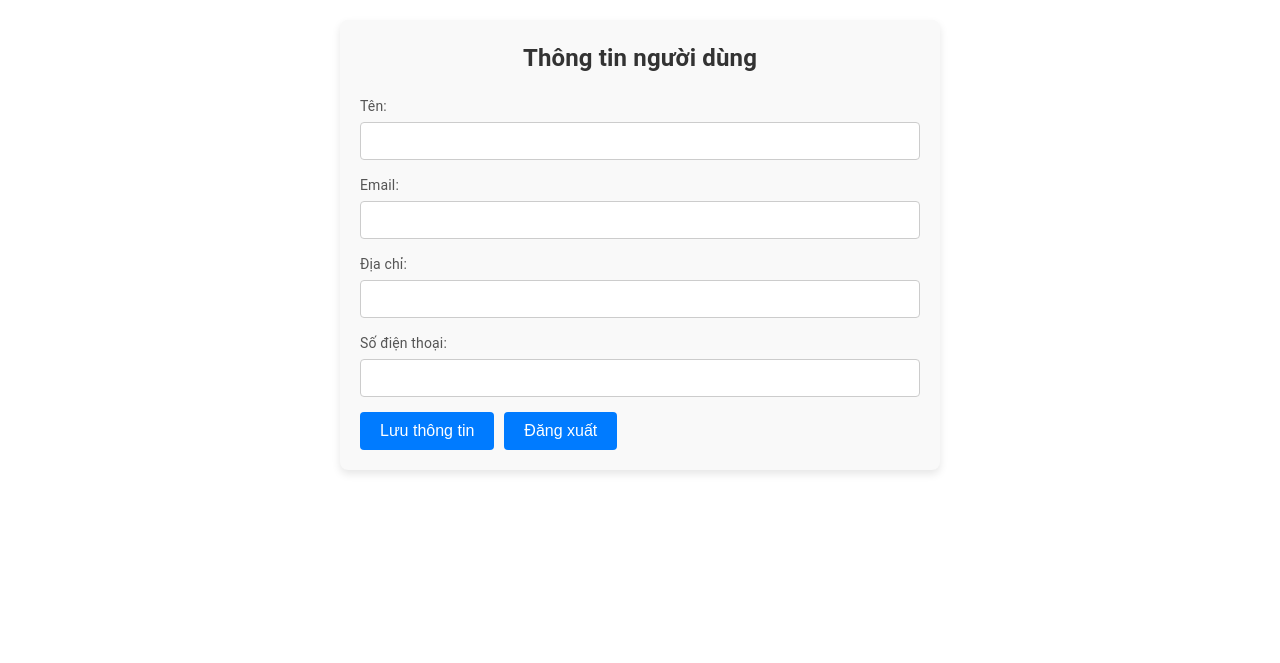
Repository: minhquang203/Homestay
Page: /profile (app in client/)
The author's editor kept a copy of each file at every save. The page is drawn from the files as they stood at one save, then again after the next save.
The browser window is 1280 px wide. The pictures show the whole page.
The project was rebuilt for these pictures with package versions that can differ from the ones it lists, and the page was loaded fresh each time. Also part of the build but not shown: client/src/styles/Footer.scss, client/src/components/Footer.jsx, client/src/styles/ListingCard.scss, client/src/components/ListingCard.jsx, client/src/styles/Loader.scss, client/src/components/Loader.jsx, client/src/styles/Navbar.scss, client/src/styles/variable.scss and 28 more.

Above is the page before, as saved 2025-04-04 20:18:34.

After the next save:
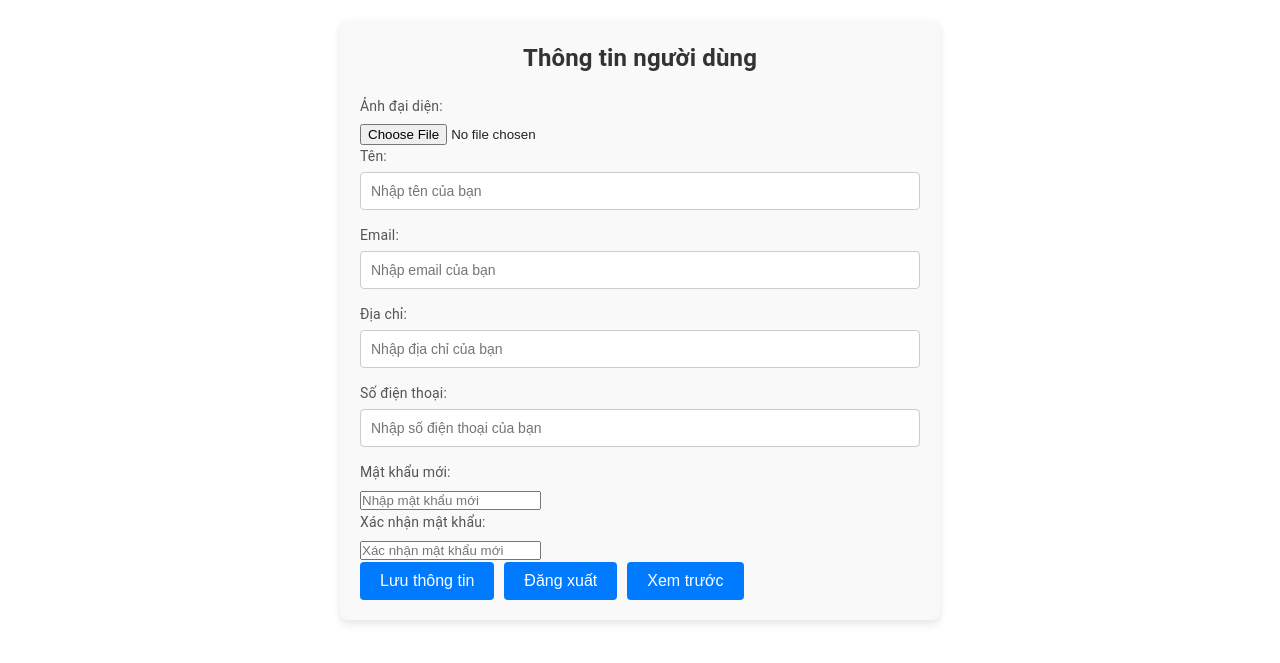
Saved 8 min 15 s later.
--- a/client/src/pages/Profile.jsx
+++ b/client/src/pages/Profile.jsx
@@ -7,25 +7,66 @@
     email: "",
     address: "",
     phone: "",
+    avatar: null, // Thêm trường avatar
+    password: "",
+    confirmPassword: "",
   });
   const [updateMessage, setUpdateMessage] = useState("");
+  const [errors, setErrors] = useState({});
+  const [previewMode, setPreviewMode] = useState(false);
 
   const handleChange = (e) => {
     const { name, value } = e.target;
     setEditedUser((prev) => ({ ...prev, [name]: value }));
   };
 
+  const handleAvatarChange = (e) => {
+    const file = e.target.files[0];
+    if (file) {
+      setEditedUser((prev) => ({ ...prev, avatar: URL.createObjectURL(file) }));
+    }
+  };
+
+  const validateInputs = () => {
+    const newErrors = {};
+    if (!editedUser.name) newErrors.name = "Tên không được để trống.";
+    if (!editedUser.email) newErrors.email = "Email không được để trống.";
+    else if (!/\S+@\S+\.\S+/.test(editedUser.email))
+      newErrors.email = "Email không hợp lệ.";
+    if (!editedUser.phone) newErrors.phone = "Số điện thoại không được để trống.";
+    else if (!/^\d+$/.test(editedUser.phone))
+      newErrors.phone = "Số điện thoại chỉ được chứa số.";
+    if (editedUser.password && editedUser.password !== editedUser.confirmPassword)
+      newErrors.confirmPassword = "Mật khẩu xác nhận không khớp.";
+    return newErrors;
+  };
+
   const handleSave = () => {
-    console.log("Updated User:", editedUser);
-    setUpdateMessage("Cập nhật thành công!");
+    const validationErrors = validateInputs();
+    if (Object.keys(validationErrors).length > 0) {
+      setErrors(validationErrors);
+      return;
+    }
 
-    setTimeout(() => {
-      setUpdateMessage("");
-    }, 3000);
+    setErrors({});
+    if (window.confirm("Bạn có chắc chắn muốn lưu thông tin?")) {
+      console.log("Updated User:", editedUser);
+      setUpdateMessage("Cập nhật thành công!");
+
+      setTimeout(() => {
+        setUpdateMessage("");
+      }, 3000);
+    }
   };
 
   const handleLogout = () => {
-    console.log("Đăng xuất");
+    if (window.confirm("Bạn có chắc chắn muốn đăng xuất?")) {
+      console.log("Đăng xuất");
+    }
+  };
+
+  const togglePreviewMode = () => {
+    setPreviewMode((prev) => !prev);
   };
 
   return (
@@ -34,29 +75,46 @@
 
       {updateMessage && <p className="update-message">{updateMessage}</p>}
 
+      <div className="avatar-section">
+        <label>Ảnh đại diện:</label>
+        <input type="file" accept="image/*" onChange={handleAvatarChange} />
+        {editedUser.avatar && (
+          <img
+            src={editedUser.avatar}
+            alt="Avatar"
+            className="avatar-preview"
+          />
+        )}
+      </div>
+
       <div>
         <label>Tên:</label>
         <input
           type="text"
           name="name"
+          placeholder="Nhập tên của bạn"
           value={editedUser.name}
           onChange={handleChange}
         />
+        {errors.name && <p className="error">{errors.name}</p>}
       </div>
       <div>
         <label>Email:</label>
         <input
           type="email"
           name="email"
+          placeholder="Nhập email của bạn"
           value={editedUser.email}
           onChange={handleChange}
         />
+        {errors.email && <p className="error">{errors.email}</p>}
       </div>
       <div>
         <label>Địa chỉ:</label>
         <input
           type="text"
           name="address"
+          placeholder="Nhập địa chỉ của bạn"
           value={editedUser.address}
           onChange={handleChange}
         />
@@ -66,14 +124,52 @@
         <input
           type="text"
           name="phone"
+          placeholder="Nhập số điện thoại của bạn"
           value={editedUser.phone}
           onChange={handleChange}
         />
+        {errors.phone && <p className="error">{errors.phone}</p>}
+      </div>
+      <div>
+        <label>Mật khẩu mới:</label>
+        <input
+          type="password"
+          name="password"
+          placeholder="Nhập mật khẩu mới"
+          value={editedUser.password}
+          onChange={handleChange}
+        />
+      </div>
+      <div>
+        <label>Xác nhận mật khẩu:</label>
+        <input
+          type="password"
+          name="confirmPassword"
+          placeholder="Xác nhận mật khẩu mới"
+          value={editedUser.confirmPassword}
+          onChange={handleChange}
+        />
+        {errors.confirmPassword && (
+          <p className="error">{errors.confirmPassword}</p>
+        )}
       </div>
       <button onClick={handleSave}>Lưu thông tin</button>
       <button className="logout-button" onClick={handleLogout}>
         Đăng xuất
       </button>
+      <button onClick={togglePreviewMode}>
+        {previewMode ? "Chỉnh sửa" : "Xem trước"}
+      </button>
+
+      {previewMode && (
+        <div className="preview-section">
+          <h3>Xem trước thông tin</h3>
+          <p>Tên: {editedUser.name}</p>
+          <p>Email: {editedUser.email}</p>
+          <p>Địa chỉ: {editedUser.address}</p>
+          <p>Số điện thoại: {editedUser.phone}</p>
+        </div>
+      )}
     </div>
   );
 };
